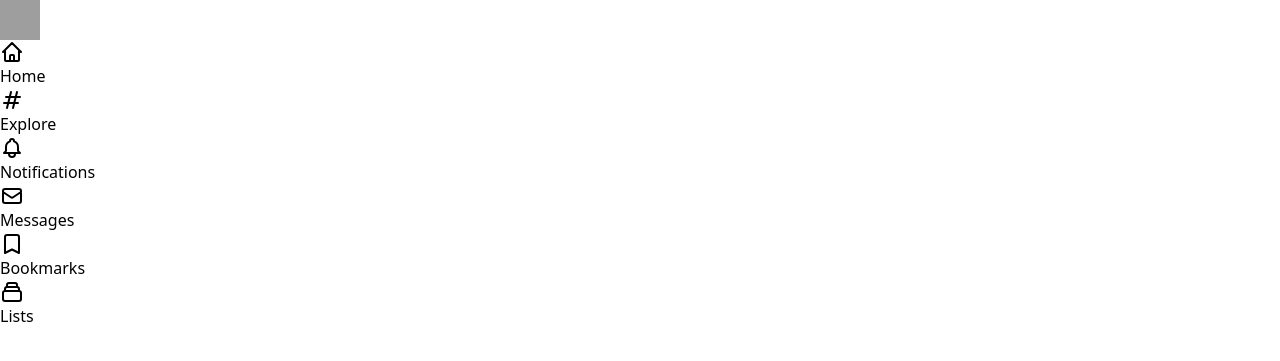
Repository: kushagrasaxena061/Twitter-sanity
Page: /
These files come from the project's save history. The page is drawn as it stood at one moment and after the next save; the edit follows.
The browser window is 1280 px wide. The pictures show the whole page.
Pictures or frames that could not be fetched are drawn as grey boxes. The project was rebuilt for these pictures with package versions that can differ from the ones it lists, and the page was loaded fresh each time. The framework's server and built-in components were replaced by stand-ins that run in the browser. Also part of the build but not shown: next.config.js.

Above is the page before, as saved 2022-10-17 23:40:30.

After the next save:
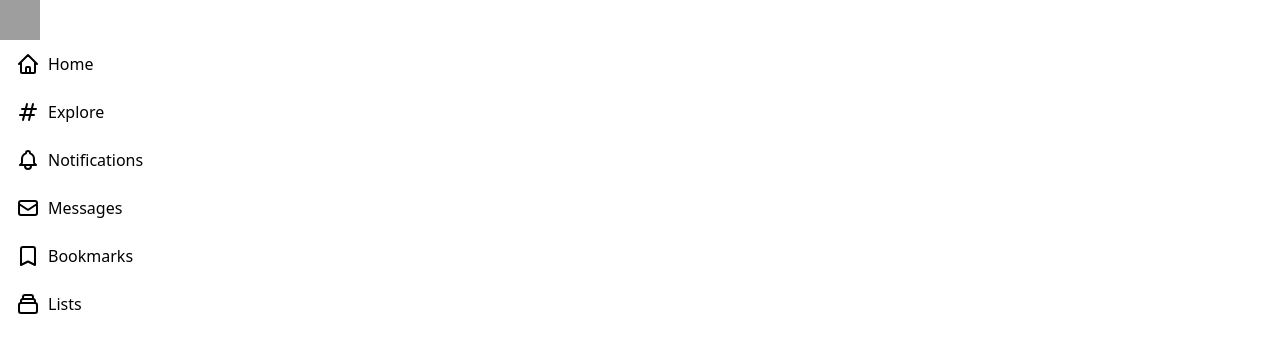
Saved 20 h 33 min later.
--- a/components/SidebarRow.tsx
+++ b/components/SidebarRow.tsx
@@ -10,7 +10,7 @@ interface Props{
 
 export default function SidebarRow({Icon, title}:Props) {
   return (
-    <div>
+    <div className="flex items-center space-x-2 px-4 py-3 rounded-full hover:bg-gray-100 cursor-pointer transition-all hover:text-blue-300" >
       <Icon className="h-6 w-6" />
       <p>{title}</p>
     </div>
